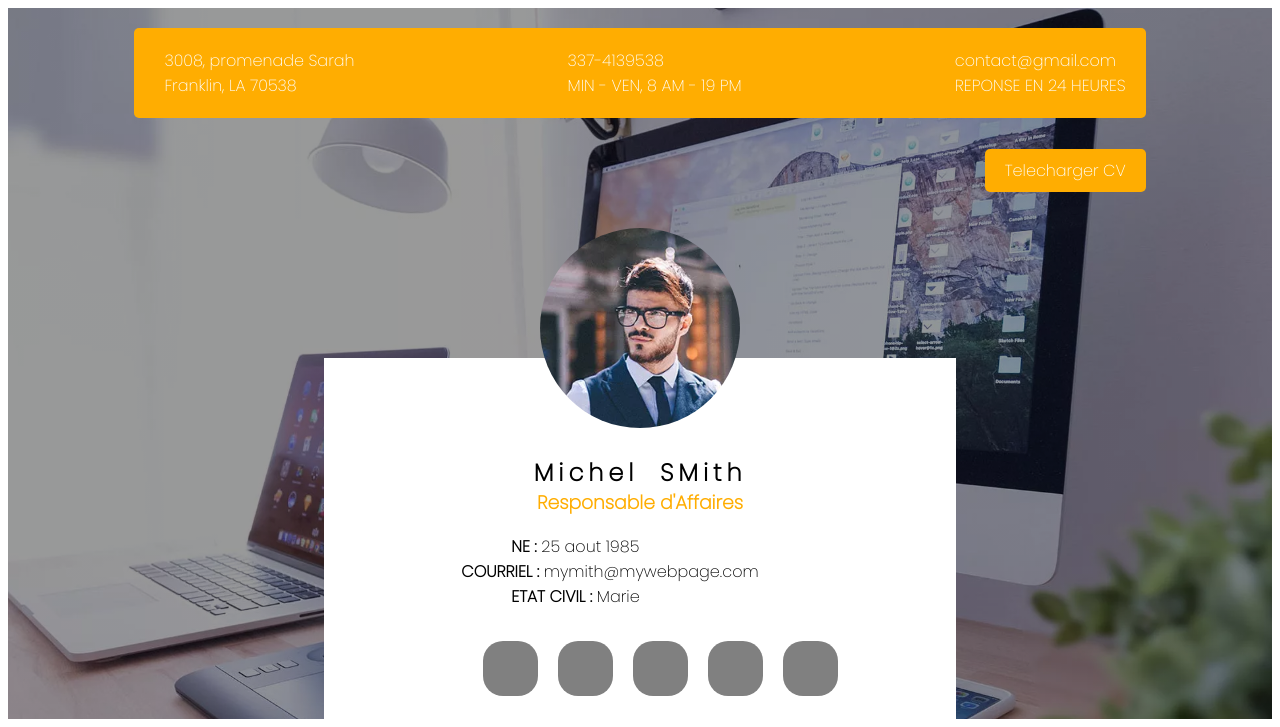
Repository: wadelfadill/CV_PORTFOLIO
Page: index.html
An editor plug-in stored every save of this project. The page is shown before and after the next save, followed by the edit.
The browser window is 1280 px wide. The pictures show the whole page.
Some icons come from a web library that is not loaded, so they are not drawn. Backgrounds fixed to the window are drawn as part of the page.

Above is the page before, as saved 2023-03-14 10:22:00.

### index.html
<!DOCTYPE html>
<html lang="en">
<head>
    <meta charset="UTF-8">
    <meta http-equiv="X-UA-Compatible" content="IE=edge">
    <meta name="viewport" content="width=device-width, initial-scale=1.0">
    <title>CV - Portfolio</title>
    <link rel="stylesheet" href="style.css">
    <link rel="stylesheet" href="path/to/font-awesome/css/font-awesome.min.css">
    <link href="/fontawesome/css/all.css" rel="stylesheet">
    <link href="/fontawesome/css/fontawesome.css" rel="stylesheet">
    <link href="/fontawesome/css/brands.css" rel="stylesheet">
    <link href="/fontawesome/css/solid.css" rel="stylesheet">
    <link rel="stylesheet" href="/fontawesome/css/regular.css">
    <link rel="preconnect" href="https://fonts.googleapis.com">
    <link rel="stylesheet" href="/fontawesome/css/all.min.css">
    <link rel='stylesheet' href='https://cdn-uicons.flaticon.com/uicons-brands/css/uicons-brands.css'>
    <link rel="stylesheet" href="https://cdn-uicons.flaticon.com/uicons-regular-straight/css/uicons-regular-straight.css">
<link rel="preconnect" href="https://fonts.gstatic.com" crossorigin>
<link href="https://fonts.googleapis.com/css2?family=Manrope&family=Montserrat&family=Poppins:wght@200&family=Roboto&display=swap" rel="stylesheet">
</head>
<body>
    <header>
        <div class="head">
            <div class="address">
                <div class="add-1">
                    <div class="add-icone"><i class="fi fi-rs-marker"></i></div>
                    <div class="add-text">3008, promenade Sarah <br> Franklin, LA 70538</div>
                </div>
                <div class="add-1">
                    <div class="add-icone"><i class="fi fi-rs-phone-call"></i></div>
                    <div class="add-text">337-4139538 <br> MIN - VEN, 8 AM - 19 PM</div>
                </div>
                <div class="add-1">
                    <div class="add-icone"><i class="fi fi-rs-messages"></i></div>
                    <div class="add-text">contact@gmail.com <br>REPONSE EN 24 HEURES</div>
                </div>
            </div>
            <div class="download">
                <a href="#" class="button">Telecharger CV</a>
            </div>
        </div>
        <div class="head_2">
           <div class="espace">

           </div>
           <div class="presentation">
            <div class="img">
                <img src="images/profile.jpg" alt="profile" class="profil">
                <h2>Michel SMith</h2>
                <h3 >Responsable d'Affaires</h3>
            </div>
            <div class="rest">
                <ul>
                    <li><b>NE :</b> 25 aout 1985</li>
                    <li class="courriel"><b>COURRIEL :</b> mymith@mywebpage.com</li>
                    <li><b>ETAT CIVIL :</b> Marie</li>
                </ul>
            </div>
            <div class="social">
                <ul class="social-reseau">
                    <li><a href=""><i class="fi fi-brands-pinterest"></i></a></li>
                    <li><a href=""><i class="fi fi-brands-linkedin"></i></a></li>
                    <li><a href=""><i class="fi fi-brands-instagram"></i></a></li>
                    <li><a href=""><i class="fi fi-brands-facebook"></i></a></li>
                    <li><a href=""><i class="fi fi-brands-twitter"></i></a></li>
                </ul>
            </div>


           </div>
           <div class="espace">

           </div>
        </div>
    </header>
    <main>

    </main>
    <footer>

    </footer>
</body>
</html>

### style.css
body{
    color: white;
    font-family: 'Poppins';
}
header{
    margin: 0;
    width: 100%;
    height: auto;
    padding-top: 20px;
    background-image: linear-gradient(rgba(0, 0, 0, 0.4),
    rgba(0, 0, 0, 0.4)), url("images/background.jpg");
    background-size: cover;
    opacity: 1;
    background-attachment: fixed;
    z-index: 0;
    display: flex;
    justify-content: space-between;
    flex-direction: column;
    gap: 100px;
}
.address{
    background-color: #FFAD01;
    padding: 20px;
    display: flex;
    justify-content: space-between;
    border-radius: 5px;
    z-index: 100;


}
.add-1{
    display: flex;
    justify-content: space-between;
    align-items: center;
    gap: 10px;
}
.head{
    display: flex;
    flex-direction: column;
    justify-content: space-between;
    gap: 40px;
    padding-left: 10%;
    padding-right: 10%;


}
.download{
   align-self: flex-end;
   margin: 0;
   height: 100px;
}
.download a{
    margin: 0;
    padding-top: 10px;
    padding-bottom: 10px;
    padding-right: 20px;
    padding-left: 20px;
    background-color: #FFAD01;
    align-self: flex-end;
    color: white;
    text-decoration: none;
    border-radius: 5px;

}
.download:hover {
    transform: translate(0, -5px);
    transition: 0.3s;
}

.profil{
    border-radius: 100%;
    position: relative;
    top: -80px;
    width: 200px;
    height: 200px;
    margin: -50px;
}
.add-icone i{
    font-size: 25px;
    font-weight: 500;
    font-style: normal;
}
.head_2{
    display: grid;
    grid-template-columns: 25% 50% 25%;

}
.presentation{
    background-color: white;
    display: flex;
    flex-direction: column;
    align-items: center;
    color: black;
    justify-content: center;
}
.espace{
    background: none;
}
.social-reseau a{
    display: inline-block;
    color: white;
    height: 35px;
    width: 35px;
    border-radius: 20px;
    text-decoration: none;
    background-color: gray;
    line-height: 35px;
    padding: 10px;

}
.social-reseau{
    display: flex;
    justify-content: space-between;
    gap: 20px;
}
li{
    list-style: none;
}
.img{
    line-height: 30px;
    display: flex;
    flex-direction: column;
    justify-content: flex-start;
    align-items: center;
}
.img h2{
    word-spacing: 10px;
    letter-spacing: 5px;
    font-weight: 1500;
    margin: 0;
}
.img h3{
    margin: 0;
    color: #FFAD01;
}
.courriel{
    position: relative;
    left: -50px;
}

Loaded but not shown: fontawesome/css/all.css (library); fontawesome/css/fontawesome.css (library); fontawesome/css/solid.css (common file); fontawesome/css/regular.css (common file); fontawesome/css/all.min.css (library); fontawesome/css/brands.css (1522 lines, source omitted)

After the next save:
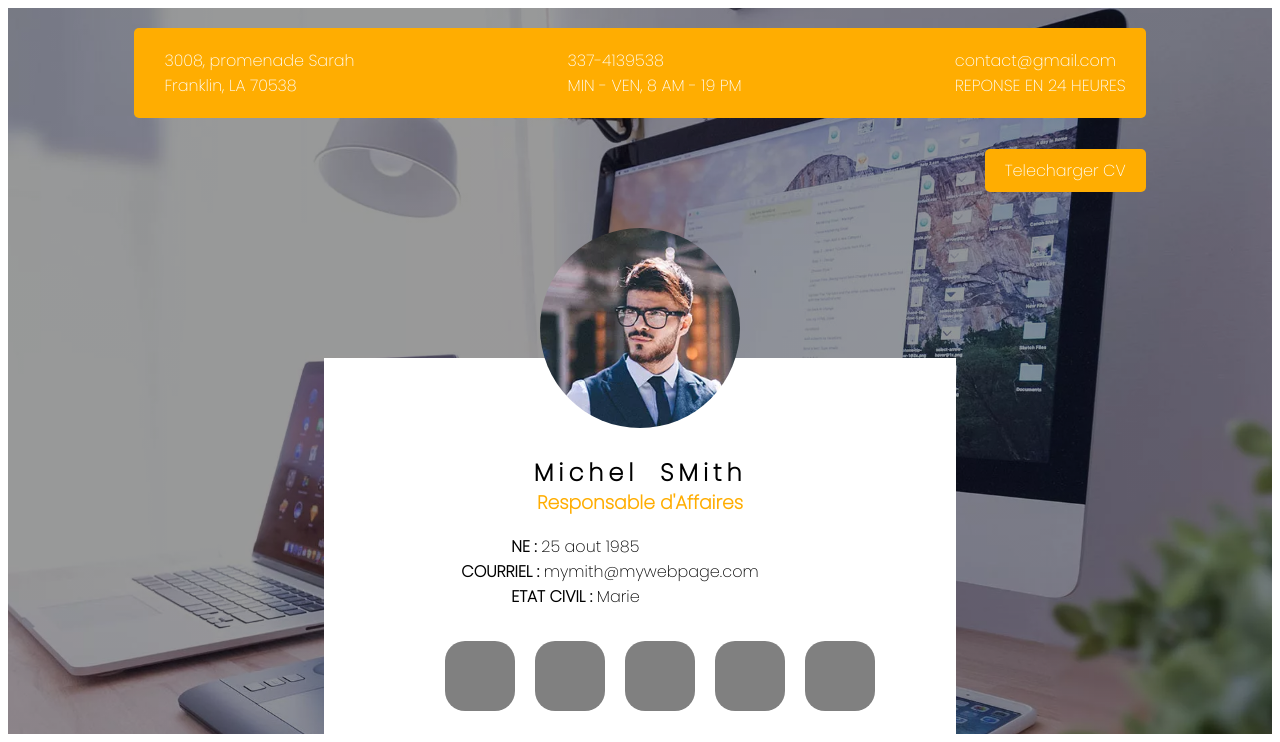
Saved 13 s later.
--- a/style.css
+++ b/style.css
@@ -99,13 +99,12 @@ header{
 .social-reseau a{
     display: inline-block;
     color: white;
-    height: 35px;
-    width: 35px;
+
     border-radius: 20px;
     text-decoration: none;
     background-color: gray;
     line-height: 35px;
-    padding: 10px;
+    padding: 35px;
 
 }
 .social-reseau{
